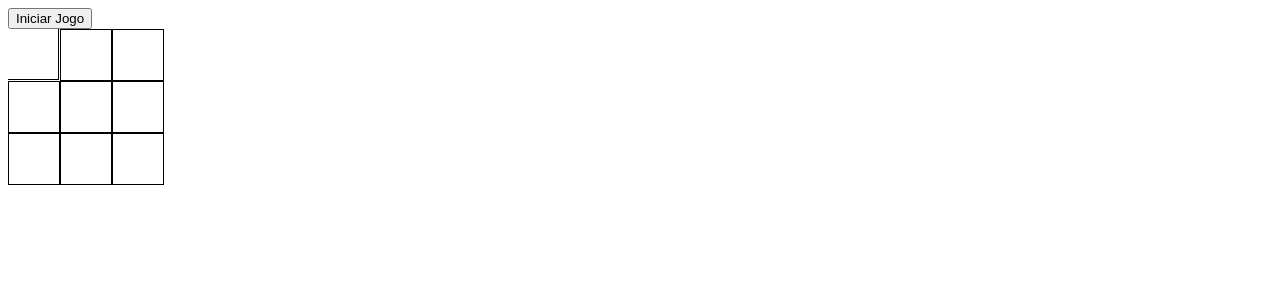
Repository: ErickBalbino/jogo-da-velha
Page: index.html
The author's editor kept a copy of each file at every save. The page is drawn from the files as they stood at one save, then again after a run of saves.
The browser window is 1280 px wide. The pictures show the whole page.

Above is the page before, as saved 2021-08-02 14:12:51.

After the next 2 saves:
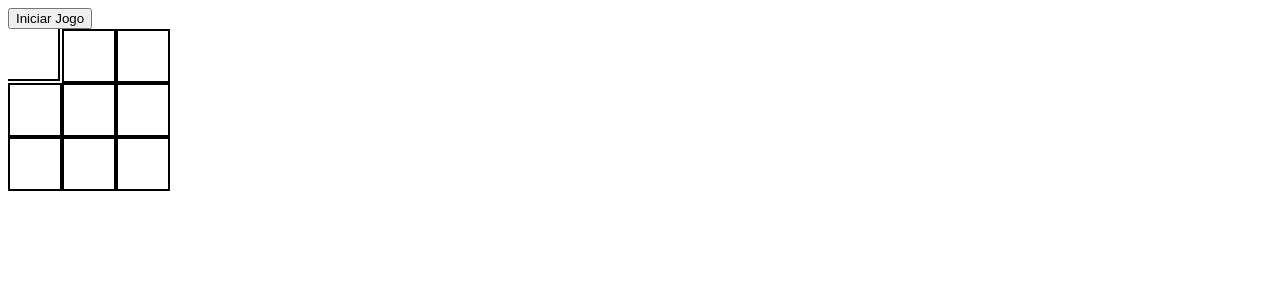
The 2 saves are shown as one change because they came seconds apart.
The last was saved 9 s later.
--- a/index.html
+++ b/index.html
@@ -17,10 +17,9 @@
             height: 50px;
             margin: 0;
             padding: 0;
-            border: 1px solid #000;
+            border: 2px solid #000;
             display: flex;
             align-items: center;
-            border
         }
         #p1{
             border-top: none;

After the 4 saves that followed:
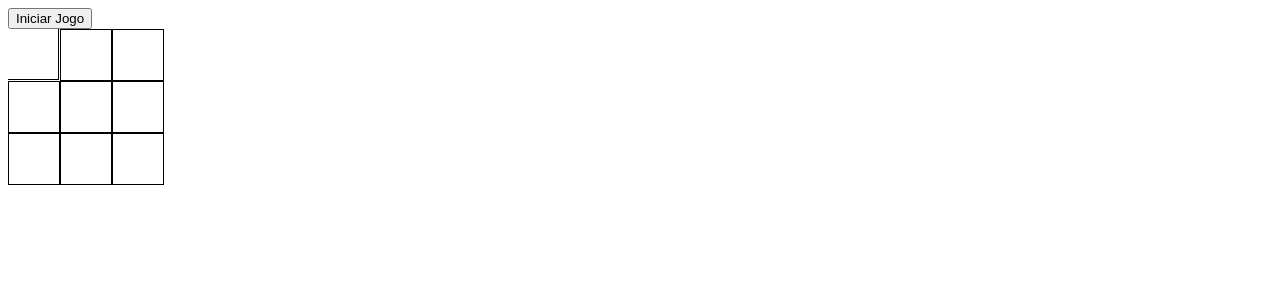
The 4 saves are shown as one change because they came seconds apart.
The last was saved 12 s later.
--- a/index.html
+++ b/index.html
@@ -17,7 +17,7 @@
             height: 50px;
             margin: 0;
             padding: 0;
-            border: 2px solid #000;
+            border: 1px solid #000;
             display: flex;
             align-items: center;
         }
@@ -25,6 +25,7 @@
             border-top: none;
             border-left: none;
         }
+        #p3
     </style>
 </head>
 <body>
